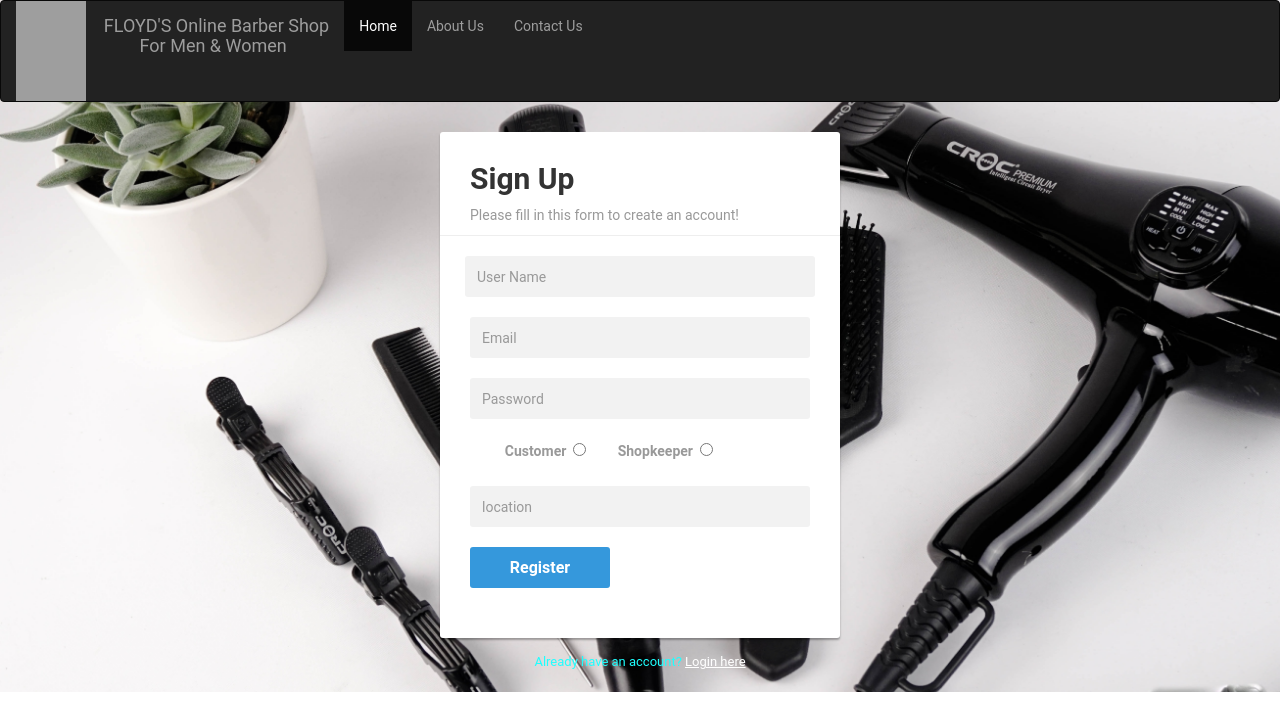
Repository: Mithil-Chavan/OnlineBarbershopManagementSystem
Page: http://localhost/OnlineBarberShop/WEB-INF/views/user/register.jsp
The author's editor kept a copy of each file at every save. The page is drawn from the files as they stood at one save, then again after the next save.
The browser window is 1280 px wide. The pictures show the whole page.
Some web fonts or font styles are not loaded; a fallback is used. The page is served by Tomcat 9. Nobody is signed in. Other server files are loaded and not shown. The template is opened directly, without the code that normally fills it, so the values that code supplies are empty.

Above is the page before, as saved 2021-03-25 07:13:41.

### OnlineBarberShop/OnlineBarberShop/src/main/webapp/WEB-INF/views/user/register.jsp
<%@ page language="java" contentType="text/html; charset=ISO-8859-1"
	pageEncoding="ISO-8859-1"%>
			<%@ taglib uri="http://java.sun.com/jsp/jstl/core" prefix="c"%>
<%@ taglib uri="http://www.springframework.org/tags" prefix="spring"%>
<%@ taglib uri="http://www.springframework.org/tags/form" prefix="sf"%>


<!DOCTYPE html>
<html lang="en">
<head>
  <title>register</title>
  <meta charset="utf-8">
<meta name="viewport" content="width=device-width, initial-scale=1, shrink-to-fit=no">
<title>Bootstrap Elegant Account Login Form with Avatar Icon</title>
<link rel="stylesheet" href="https://fonts.googleapis.com/css?family=Merienda+One">
<link rel="stylesheet" href="https://stackpath.bootstrapcdn.com/bootstrap/3.4.1/css/bootstrap.min.css">
<link rel="stylesheet" href="https://fonts.googleapis.com/icon?family=Material+Icons">
<link rel="stylesheet" href="https://maxcdn.bootstrapcdn.com/font-awesome/4.7.0/css/font-awesome.min.css">
<script src="https://code.jquery.com/jquery-3.5.1.min.js"></script>
<script src="https://cdn.jsdelivr.net/npm/popper.js@1.16.0/dist/umd/popper.min.js"></script>
<script src="https://stackpath.bootstrapcdn.com/bootstrap/4.5.0/js/bootstrap.min.js"></script>
<style>
body {
	color: #fff;
	/* background: #3598dc; */
	background: url("http://localhost:8080/register.jpg")no-repeat;
	background-size: cover;
	background-position: center;
	width:100%; height:650px;
	font-family: 'Roboto', sans-serif;
}
.form-control {
	height: 41px;
	background: #f2f2f2;
	box-shadow: none !important;
	border: none;
}
.form-control:focus {
	background: #e2e2e2;
}
.form-control, .btn {
	border-radius: 3px;
}
.signup-form {
	width: 400px;
	margin: 30px auto;
}
.signup-form form {
	color: #999;
	border-radius: 3px;
	margin-bottom: 15px;
	background: #fff;
	box-shadow: 0px 2px 2px rgba(0, 0, 0, 0.3);
	padding: 30px;
}
.signup-form h2  {
	color: #333;
	font-weight: bold;
	margin-top: 0;
}
.signup-form hr  {
	margin: 0 -30px 20px;
}
.signup-form .form-group {
	margin-bottom: 20px;
}
.signup-form input[type="checkbox"] {
	margin-top: 3px;
}
.signup-form .row div:first-child {
	padding-right: 10px;
}
.signup-form .row div:last-child {
	padding-left: 10px;
}
.signup-form .btn {
	font-size: 16px;
	font-weight: bold;
	background: #3598dc;
	border: none;
	min-width: 140px;
}
.signup-form .btn:hover, .signup-form .btn:focus {
	background: #2389cd !important;
	outline: none;
}
.signup-form a {
	color: #fff;
	text-decoration: underline;
}
.signup-form a:hover {
	text-decoration: none;
}
.signup-form form a {
	color: #3598dc;
	text-decoration: none;
}
.signup-form form a:hover {
	text-decoration: underline;
}
.signup-form .hint-text  {
color:#1fffff;
font-size: 13px;
	padding-bottom: 15px;
	text-align: center;
}
</style>
</head>
<body>

<nav class="navbar navbar-inverse">
  <div class="container-fluid">
  <div class="navbar-header">
    <img src="http://localhost:8080/about1.png" width="70" height="100" alt="Bootstrappin"/>
    </div>
    <div class="navbar-header">
      <a class="navbar-brand" > &nbsp&nbsp&nbsp FLOYD'S Online Barber Shop
      <br>&nbsp&nbsp&nbsp&nbsp&nbsp&nbsp&nbsp&nbsp&nbsp&nbsp&nbsp For Men & Women</br> </a>
    </div>
    <ul class="nav navbar-nav">
      <li class="active"><a href="/">Home</a></li>
     <li><a href="/about">About Us</a></li>
      <li><a href="/contact">Contact Us</a></li>
    </ul>

  </div>
</nav>


<div class="signup-form">
    <sf:form method="post" >
		<h2>Sign Up</h2>
		<p>Please fill in this form to create an account!</p>
		<hr>
        <div class="form-group">
			<div class="row">
				<div class="col"><input type="text" class="form-control" name="userName" placeholder="User Name" required="required"></div>
			</div>
        </div>
        <div class="form-group">
        	<input type="email" class="form-control" name="emailId" placeholder="Email" required="required">
        </div>
		<div class="form-group">
            <input type="password" class="form-control" name="password" placeholder="Password" required="required">
        </div>

        <div class="form-group">
			<label class="form-check-label">&nbsp&nbsp&nbsp&nbsp&nbsp&nbsp&nbsp&nbsp&nbsp Customer  &nbsp<input type="radio" name="role" value="customer" required="required"> </label>
			<label class="form-check-label">&nbsp&nbsp&nbsp&nbsp&nbsp&nbsp&nbsp Shopkeeper &nbsp<input type="radio" name="role" value="shopkeeper" required="required"> </label>
		</div>

		<div class="form-group">
            <input type="location" class="form-control" name="location" placeholder="location" required="required">
        </div>

		<div class="form-group">
            <input type="submit" class="btn btn-primary btn-lg" value="Register"/>
        </div>
	</sf:form>
	<div class="hint-text">Already have an account? <a href="/user/login">Login here</a></div>
</div>



</body>
</html>

After the next save:
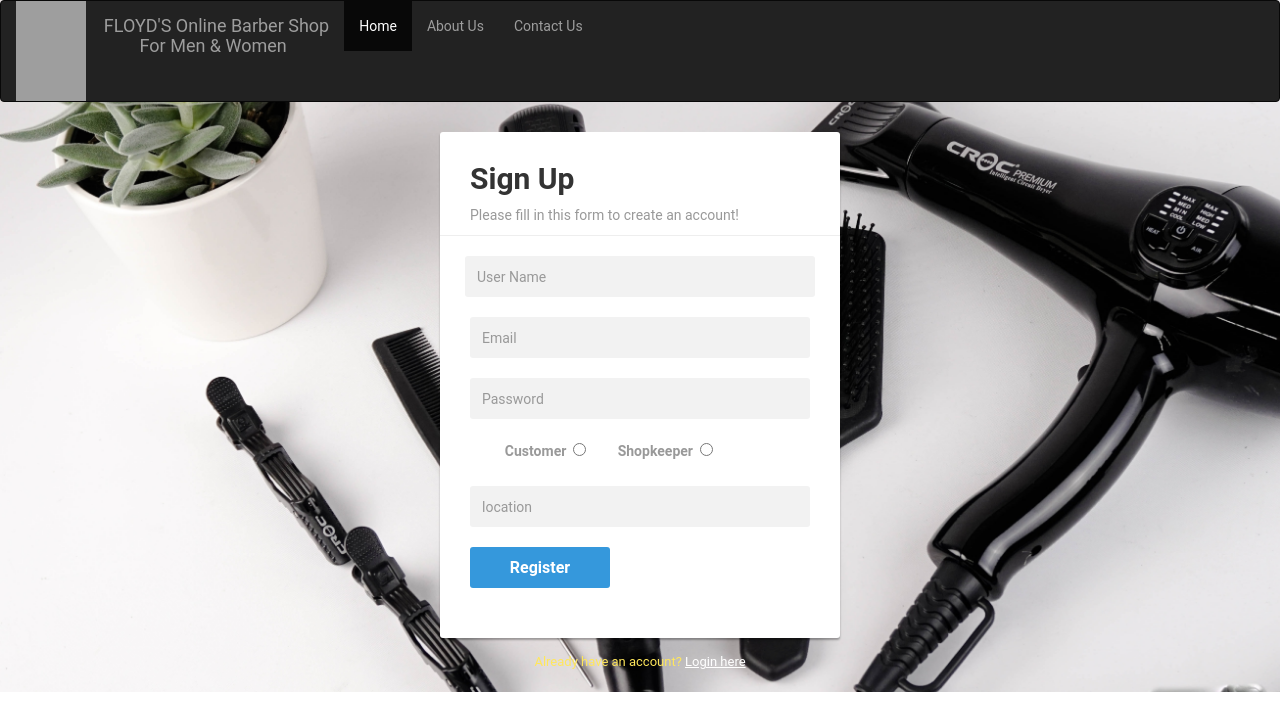
Saved 31 s later.
--- a/OnlineBarberShop/OnlineBarberShop/src/main/webapp/WEB-INF/views/user/register.jsp
+++ b/OnlineBarberShop/OnlineBarberShop/src/main/webapp/WEB-INF/views/user/register.jsp
@@ -99,7 +99,7 @@ body {
 	text-decoration: underline;
 }
 .signup-form .hint-text  {
-color:#1fffff;
+color:#ffe75c;
 font-size: 13px;
 	padding-bottom: 15px;
 	text-align: center;
